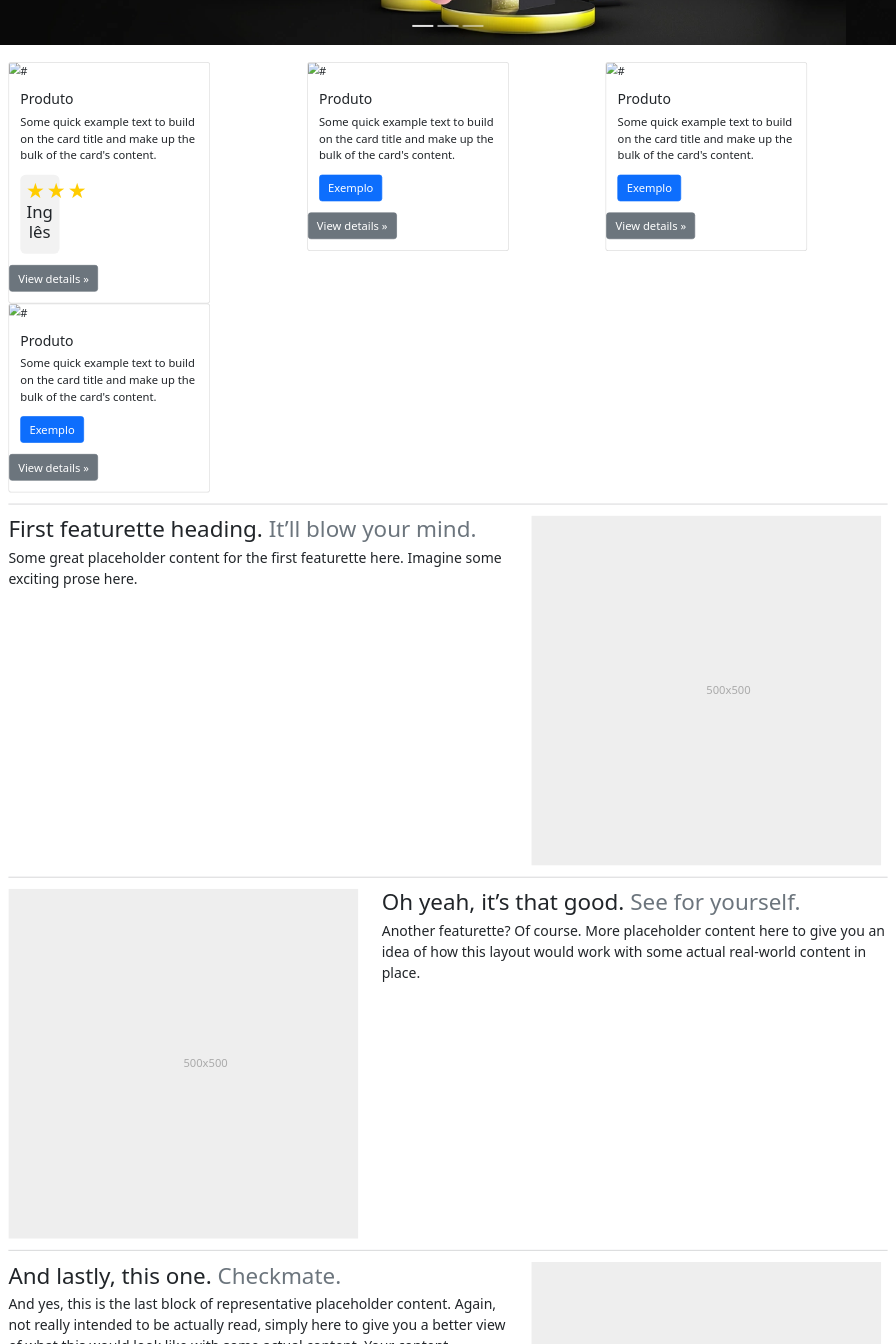
Repository: dantas-barreto/trabalho-interdisciplinar-IDW-IAP
Page: index.html
An editor plug-in stored every save of this project. The page is shown before and after the next save, followed by the edit.
The browser window is 1280 px wide. The pictures show the part of the page from y = 391 to 2311 px (the page is 2767 px tall before and 2837 px after), at 70% of full size.

Above is the page before, as saved 2021-11-15 23:57:10.

After the next save:
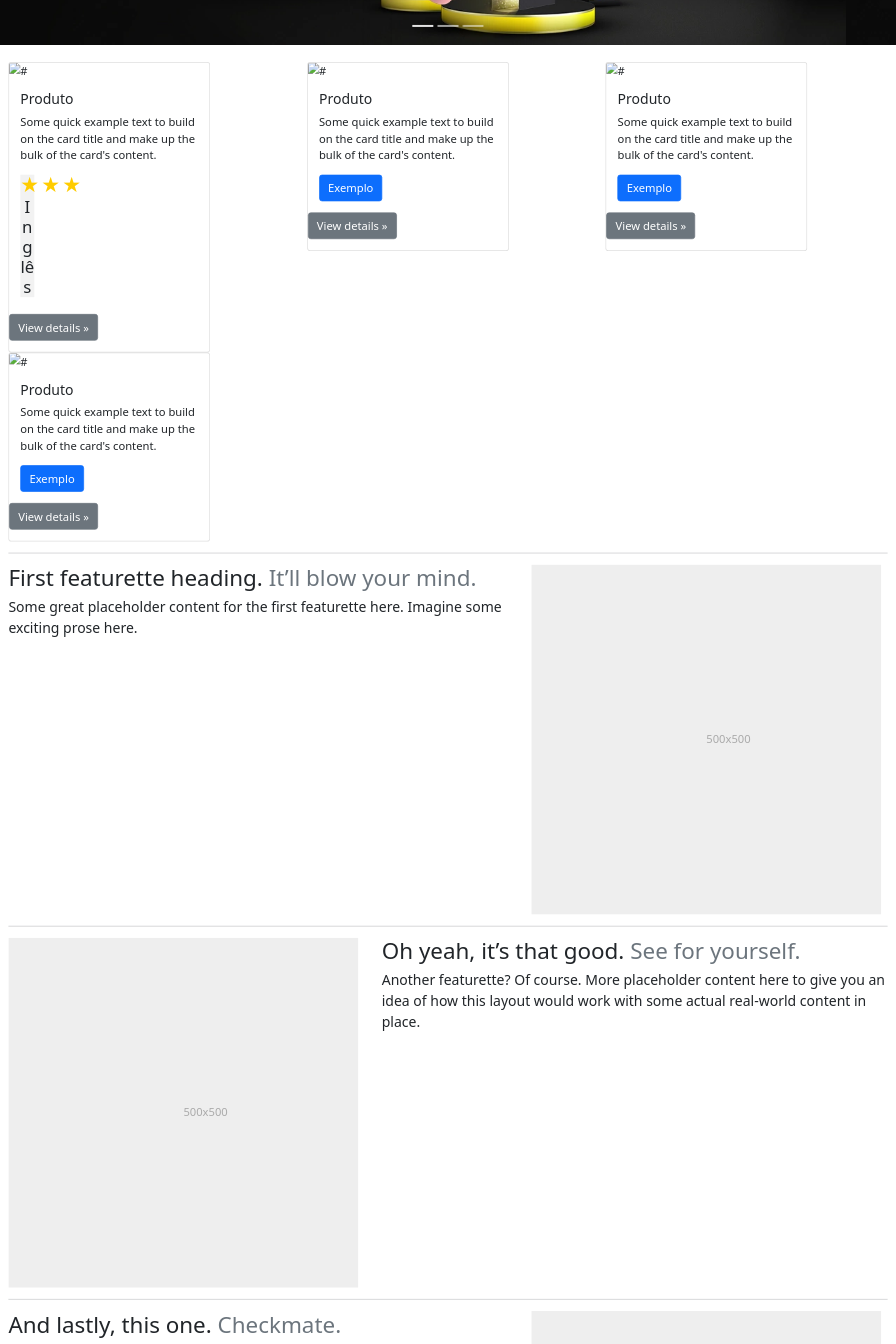
Saved 23 s later.
--- a/classificacao.css
+++ b/classificacao.css
@@ -5,10 +5,8 @@
 
 .soft-skill {
   background-color: #f2f2f2;
-  border-radius: 8px;
-  padding: 8px;
   text-align: center;
-  width: calc(25% - 8px);
+  width: 20px;
 }
 
 .soft-skill-rating {
